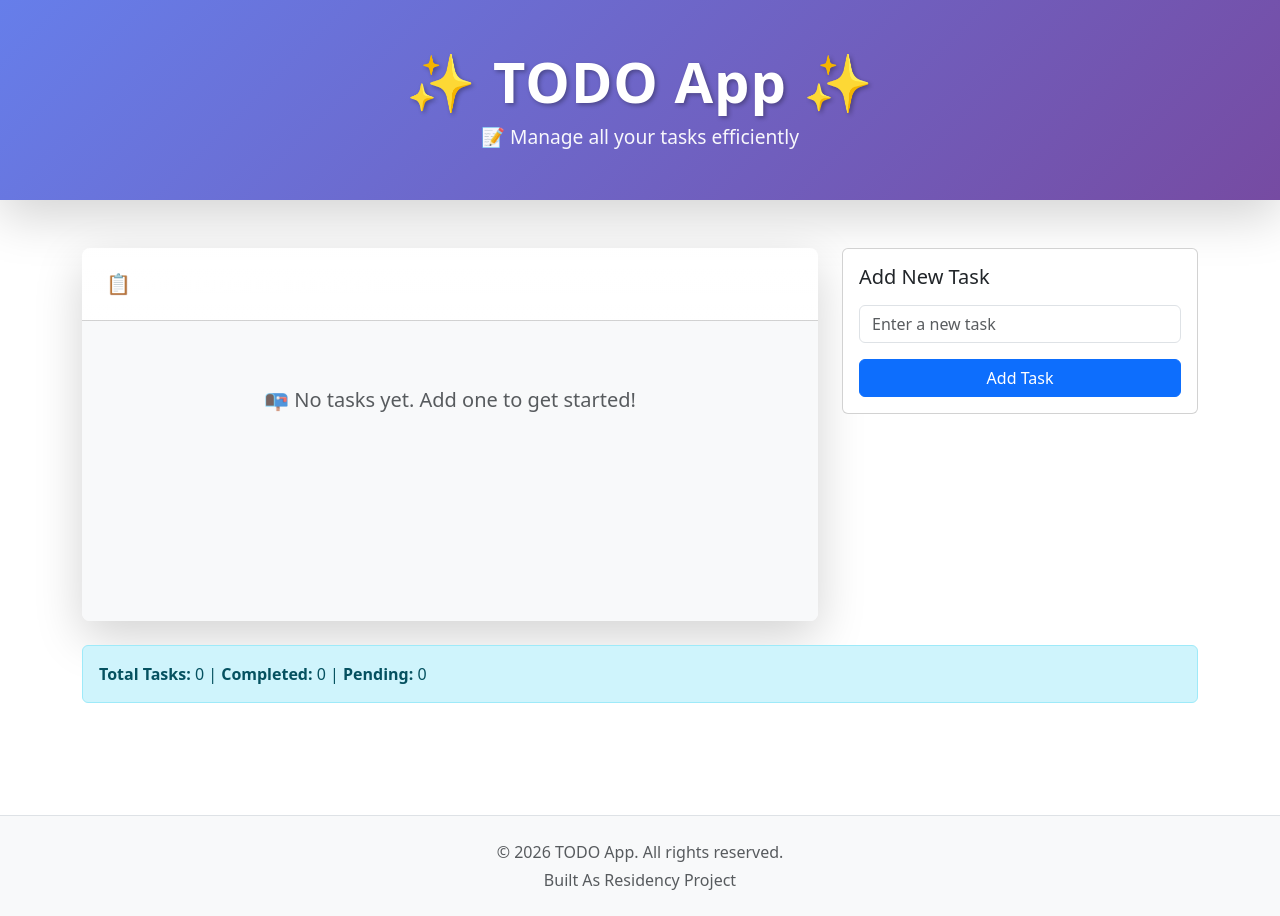
Repository: arunkr12/Master-In-Computer-Science
Page: Advanced Programming Language/Residency Project Team One Arun Javascript Version/TODO/index.html
The author's editor kept a copy of each file at every save. The page is drawn from the files as they stood at one save, then again after the next save.
The browser window is 1280 px wide. The pictures show the whole page.
The page's requests for data from a server got no answer. Some web libraries are served in a nearby version.

Above is the page before, as saved 2026-02-20 18:44:00.

After the next save:
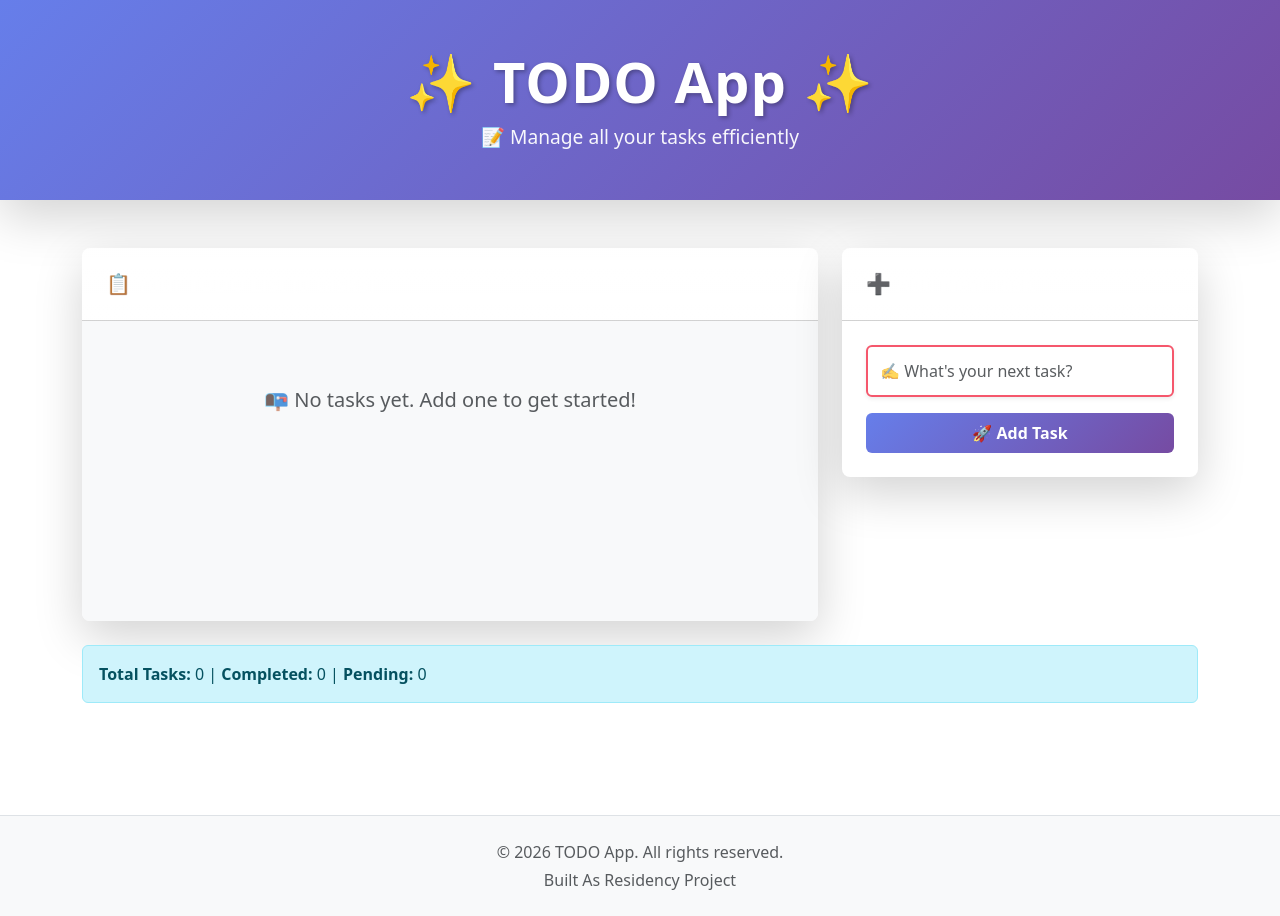
Saved 10 s later.
--- a/Advanced Programming Language/Residency Project Team One Arun Javascript Version/TODO/AddTodo/AddTodo.js
+++ b/Advanced Programming Language/Residency Project Team One Arun Javascript Version/TODO/AddTodo/AddTodo.js
@@ -6,15 +6,23 @@ class AddTodo {
 
   render() {
     return `
-      <div class="card">
-        <div class="card-body">
-          <h5 class="card-title mb-3">Add New Task</h5>
+      <div class="card shadow-lg border-0" style="border-radius: 8px;">
+        <div class="card-header bg-gradient p-4" style="background: linear-gradient(135deg, #f093fb 0%, #f5576c 100%); border-radius: 8px 8px 0 0;">
+          <h5 class="card-title mb-0 text-white fw-bold">
+            ➕ Add New Task
+          </h5>
+        </div>
+        <div class="card-body p-4">
           <div class="mb-3">
-            <input type="text" class="form-control add-todo-input"
-                   placeholder="Enter a new task"
-                   id="newTaskInput">
+            <input type="text" class="form-control add-todo-input shadow-sm"
+                   placeholder="✍️ What's your next task?"
+                   id="newTaskInput"
+                   style="border: 2px solid #f5576c; border-radius: 6px; padding: 12px; font-size: 1rem;">
           </div>
-          <button class="btn btn-primary w-100 add-todo-btn">Add Task</button>
+          <button class="btn btn-gradient w-100 add-todo-btn fw-bold py-2"
+                  style="background: linear-gradient(135deg, #667eea 0%, #764ba2 100%); border: none; border-radius: 6px; color: white; font-size: 1rem; transition: all 0.3s ease;">
+            🚀 Add Task
+          </button>
         </div>
       </div>
     `;
